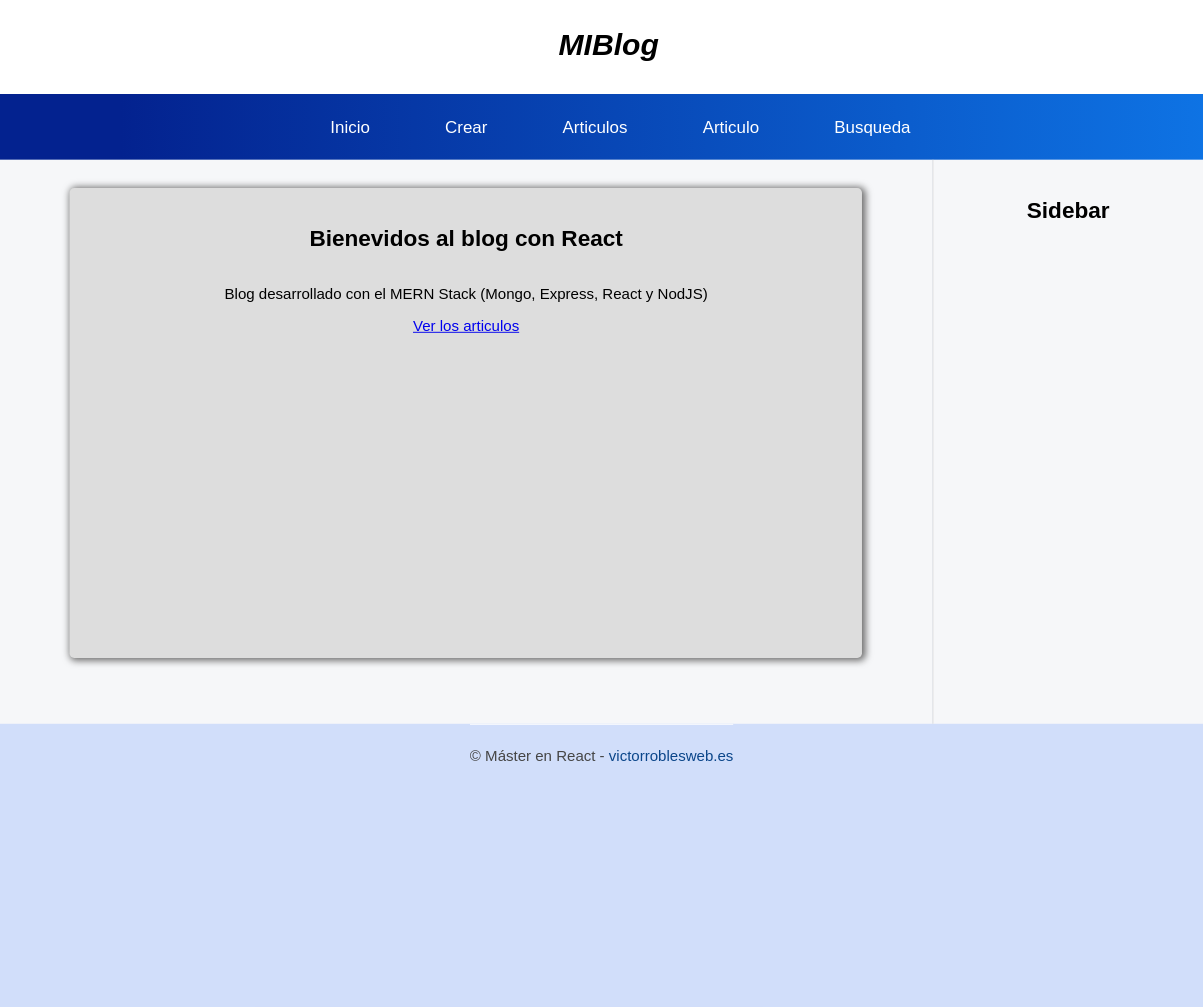
Repository: DamianBermudez94/frondEnd-blog
Page: /
An editor plug-in stored every save of this project. The page is shown before and after the next save, followed by the edit.
The browser window is 1280 px wide. The pictures show the whole page, at 94% of full size.
The project was rebuilt for these pictures with package versions that can differ from the ones it lists, and the page was loaded fresh each time. Also part of the build but not shown: vite.config.js, src/components/pages/Busqueda.jsx, src/components/pages/Crear.jsx, src/components/pages/Articulos.jsx, src/components/pages/Articulo.jsx.

Above is the page before, as saved 2023-08-07 23:01:23.

### index.html
<!doctype html>
<html lang="es">
  <head>
    <meta charset="UTF-8" />
    <link rel="icon" type="image/svg+xml" href="/vite.svg" />
    <meta name="viewport" content="width=device-width, initial-scale=1.0" />
    <title>Proyecto-blog</title>
  </head>
  <body>
    <div id="root"></div>
    <script type="module" src="/src/main.jsx"></script>
  </body>
</html>

### src/main.jsx

import ReactDOM from 'react-dom/client'
import App from './App.jsx'
import './index.css'

ReactDOM.createRoot(document.getElementById('root')).render(

    <App />

)

### src/App.jsx
import { Rutas } from "./router/rutas"



function App() {


  return (
    <div className="layout">
      <Rutas></Rutas>
    </div>
  )
}

export default App

### src/index.css
/*:root {
  font-family: Inter, system-ui, Avenir, Helvetica, Arial, sans-serif;
  line-height: 1.5;
  font-weight: 400;

  color-scheme: light dark;
  color: rgba(255, 255, 255, 0.87);
  background-color: #242424;

  font-synthesis: none;
  text-rendering: optimizeLegibility;
  -webkit-font-smoothing: antialiased;
  -moz-osx-font-smoothing: grayscale;
  -webkit-text-size-adjust: 100%;
}

a {
  font-weight: 500;
  color: #646cff;
  text-decoration: inherit;
}
a:hover {
  color: #535bf2;
}

body {
  margin: 0;
  display: flex;
  place-items: center;
  min-width: 320px;
  min-height: 100vh;
}

h1 {
  font-size: 3.2em;
  line-height: 1.1;
}

button {
  border-radius: 8px;
  border: 1px solid transparent;
  padding: 0.6em 1.2em;
  font-size: 1em;
  font-weight: 500;
  font-family: inherit;
  background-color: #1a1a1a;
  cursor: pointer;
  transition: border-color 0.25s;
}
button:hover {
  border-color: #000bdb;
}
button:focus,
button:focus-visible {
  outline: 4px auto -webkit-focus-ring-color;
}

@media (prefers-color-scheme: light) {
  :root {
    color: #213547;
    background-color: #ffffff;
  }
  a:hover {
    color: #000dff;
  }
  button {
    background-color: #f9f9f9;
  }
}*/


/*ESTILOS GENERALES*/

body{
  background: #d1defa;
  font-family: sans-serif, Arial, Helvetica;
  text-align: center;
  padding: 0px;
  margin: 0px;
  box-sizing: border-box;

}

.layout{
  display: grid;
  grid-template-areas:
      "header header header header"
      "nav nav nav nav"
      "content content content lateral"
      "footer footer footer footer"
  ;
  grid-template-rows: 100px 70px auto 70px;
}

/*ESTILOS CABECERA*/

.header{
  grid-area: header;
  width: 100%;
  background: white;
  text-align: left;
  font-style: italic;

  display: flex;
  justify-content: center;
}



.header h1{
  margin-left: 15px;
  margin-top: 30px;
}

/*ESTILOS DE LA BARRA DE NAVEGACIÓN*/

.nav{
  grid-area: nav;
  background: linear-gradient(90deg, #03228f 10%, #0e73e4 100%);
}

.nav > ul {
  display: flex;
  justify-content: center;
  align-items: center;
  list-style: none;
}

.nav li{
  padding: 10px;
}

.nav a {
  display: block;
  margin-left: 30px;
  margin-right: 30px;
  font-size: 18px;
  font-weight: lighter;
  color: white;
  text-decoration: none;
  transition: all 300ms;
}

.nav a:hover{
  transform: scale(1.1, 1.1);
}

/*ESTILOS PARA EL CONTENIDO PRINCIPAL*/

.content{
  height: 600px;
  grid-area: content;
  background: #f6f7f9;
  display: flex;
  flex-flow: row wrap;
  justify-content: flex-start;
  align-items: flex-start;
  flex-grow: 1;
}
.jumbo{
  width: 85%;
  height: 80%;
  padding-top: 20px;
  display: flex;
  background-color: #ddd;
  align-items: center;
  flex-direction: column;
  border-radius: 5px;
  box-shadow: 2px 1px 8px 2px #6e6e6e;
  margin: 30px auto;
}
.articulo-item{
  flex-grow: 1;
  background: white;
  border-radius: 10px;
  box-shadow: 0px 0px 6px #ddd;
  margin: 20px;
  padding-top: 60px;
  padding-bottom: 60px;
  padding-left: 25px;
  padding-right: 25px;
}
.articulo-item .edit{
  margin-right: 7px;
}
button,
input[type="submit"],
input[type="button"]{
  width: 100px;
  background: #0b70e1;
  color: white;
  border: 0;
  outline: 0;
  padding:15px;
  border-radius: 3px;
  margin-top:15px;
  text-transform: capitalize;
  font-size: 16px;
  font-weight: 500;
  cursor: pointer;
  transition: all 300ms;
}

.articulo-item .edit:hover{
  background: #e77b00;
}

.articulo-item .delete:hover{
  background: #9b0202;
}

/*ESTILOS BARRA LATERAL*/

.lateral{
  grid-area: lateral;
  background: #f6f7f9;
  border-left: 1px solid #ddd;
  padding: 20px;
}

.lateral > div{
  box-sizing: border-box;
  width: 90%;
  margin: 20px;
  padding: 20px;
  padding-top: 10px;
  background: white;
  border-radius: 10px;
  box-shadow: 0px 0px 6px #ddd;
}

.lateral input[type="text"],
.lateral input[type="text"],
.lateral textarea,
.edit_form input[type="text"],
.edit_form input[type="text"],
.edit_form textarea
{
  display: block;
  margin: 0 auto;
  margin-top: 15px;
  padding: 12px;
  border-radius: 5px;
  background: #f6f7f9;
  color: #454545;
  width: 80%;
  max-width: 250px;
  min-width: 250px;
  min-height: 30px;
  max-height: 250px;
  opacity: 4;
  outline: 0;
  border-color: transparent;
}
.no-encontrado{
  color: #9b0202;
}
.edit_form{
  border-top: 1px solid #ddd;
  margin-top: 10px;
}

/*ESTILOS PARA EL PIE DE PÁGINA*/
.footer{
  height: 300px;
  grid-area: footer;
  margin: 0 auto;
  background: #d1defa;
  color: #454545;
  border-top: 1px solid white;

  line-height: 68px;

}

.footer a{
  color: #0b468a;
  text-decoration: none;
}

@media (max-width: 1085px){
  .content {
      flex-flow: column wrap;
      justify-content: center;
      align-items: center;
  }

  .articulo-item{
      width: 80%;
  }
}

### src/router/rutas.jsx
import React from "react";
import { BrowserRouter, Routes, Route, Navigate } from "react-router-dom";
import { Inicio } from "../components/pages/Inicio";
import { Busqueda } from "../components/pages/Busqueda";
import { Crear } from "../components/pages/Crear";
import Articulos from "../components/pages/Articulos";
import { Articulo } from "../components/pages/Articulo";
import { Header } from "../components/layout/Header";
import { Nav } from "../components/layout/Nav";
import { Footer } from "../components/layout/Footer";
import { Sidebar } from "../components/layout/Sidebar";


export const Rutas = ()=>{

    return(

        <BrowserRouter>
            {/*Layout*/}
            <Header></Header>
            <Nav></Nav>
            {/*Contenido principal y rutas*/}
            <section id="content" className="content">
                <Routes>
                    <Route path="/" element={<Inicio/>}/>
                    <Route path="/inicio" element={<Inicio/>}/>
                    <Route path="/busqueda" element={<Busqueda/>}/>
                    <Route path="/crear" element={<Crear/>}/>
                    <Route path="/articulos" element={<Articulos/>}/>
                    <Route path="/articulo" element={<Articulo/>}/>
                </Routes>
            </section>
            <Sidebar/>
            <Footer></Footer>
        </BrowserRouter>

    )

}

### src/components/pages/Inicio.jsx
import React from 'react'
import { Link } from 'react-router-dom'

export const Inicio = () => {
  return (
    <div className='jumbo'>
        <h1>Bienevidos al blog con React</h1>
        <p>Blog desarrollado con el MERN Stack (Mongo, Express, React y NodJS)</p>
        <Link to="/articulos" className='button'>Ver los articulos</Link>

    </div>
  )
}

### src/components/layout/Header.jsx
import React from 'react'

export const Header = () => {
  return (

         <header className="header">
            <h1>MIBlog</h1>
        </header>

  )
}

### src/components/layout/Nav.jsx
import React from 'react'
import { NavLink } from 'react-router-dom'

export const Nav = () => {
  return (

           <nav className="nav">
            <ul>
                <li><NavLink to="/#">Inicio</NavLink></li>
                <li><NavLink to="/crear">Crear</NavLink></li>
                <li><NavLink to="/articulos">Articulos</NavLink></li>
                <li><NavLink to="/articulo">Articulo</NavLink></li>
                <li><NavLink to="/busqueda">Busqueda</NavLink></li>

            </ul>
        </nav>

  )
}

### src/components/layout/Footer.jsx
import React from 'react'

export const Footer = () => {
  return (

         <footer className="footer">
            &copy; Máster en React - <a href="https://victorroblesweb.es">victorroblesweb.es</a>
        </footer>

  )
}

### src/components/layout/Sidebar.jsx
import React from 'react'

export const Sidebar = () => {
  return (
        <aside className="lateral">

            <h1>Sidebar</h1>

        </aside>

  )
}

After the next save:
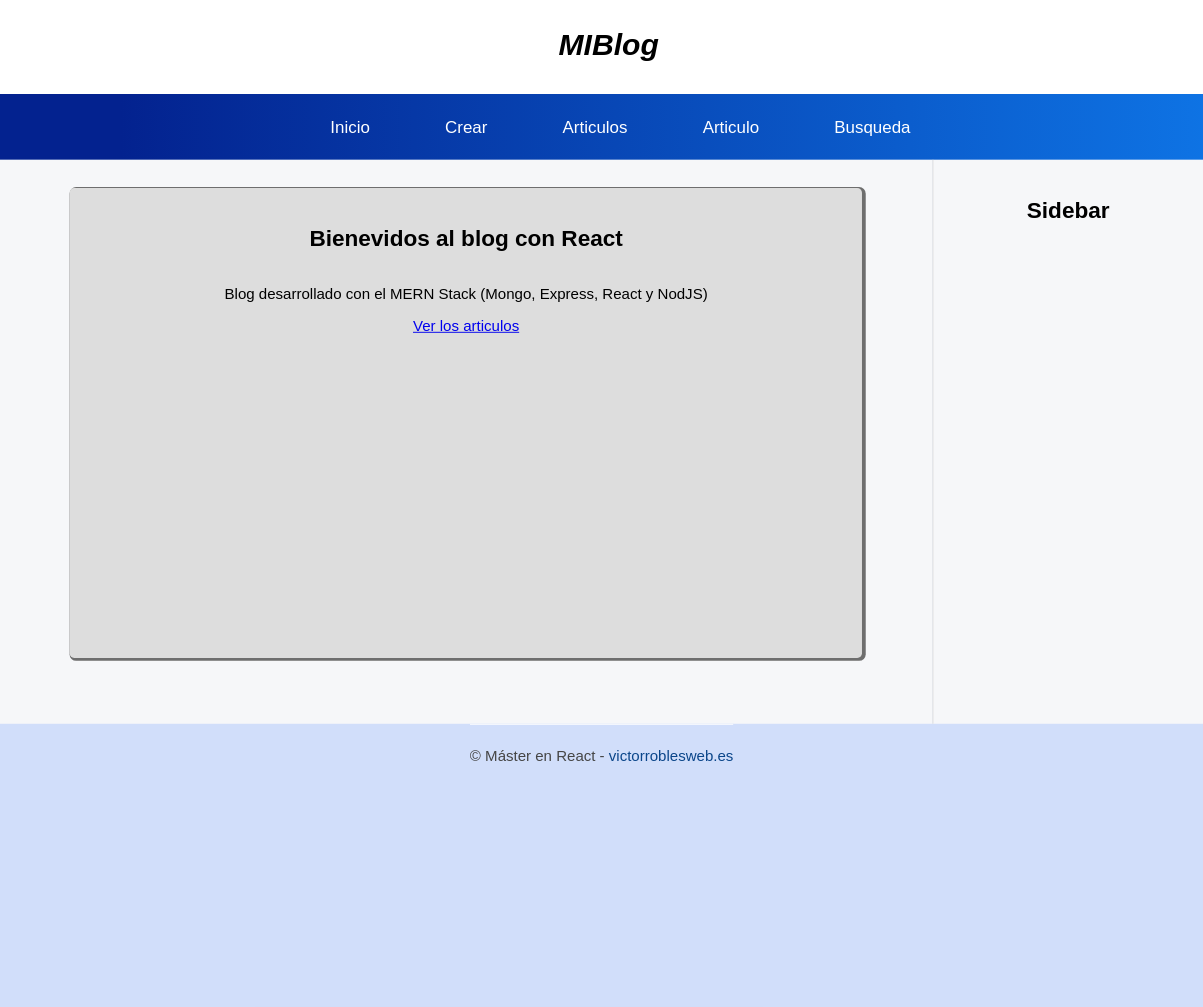
Saved 7 s later.
--- a/src/index.css
+++ b/src/index.css
@@ -166,7 +166,7 @@ body{
   align-items: center;
   flex-direction: column;
   border-radius: 5px;
-  box-shadow: 2px 1px 8px 2px #6e6e6e;
+  box-shadow: 2px 1px 0px 2px #6e6e6e;
   margin: 30px auto;
 }
 .articulo-item{
